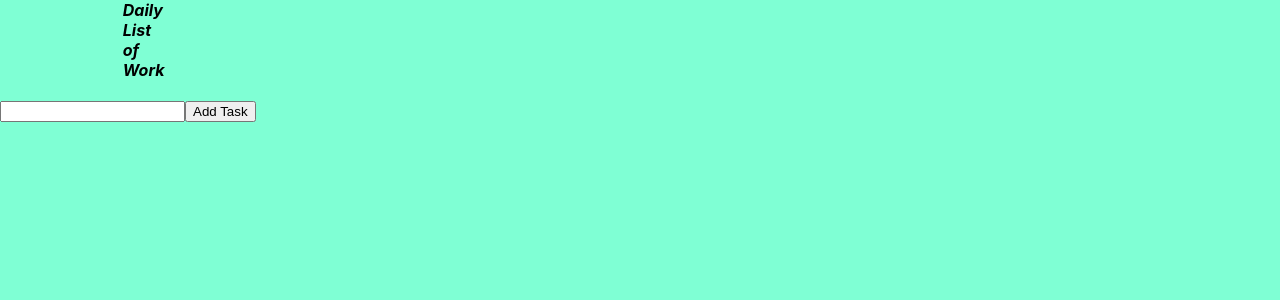
Repository: iamjayenmthakuri/todolist
Page: /
An editor plug-in stored every save of this project. The page is shown before and after the next save, followed by the edit.
The browser window is 1280 px wide. The pictures show the whole page.
The project was rebuilt for these pictures with package versions that can differ from the ones it lists, and the page was loaded fresh each time.

Above is the page before, as saved 2022-09-19 10:21:30.

After the next save:
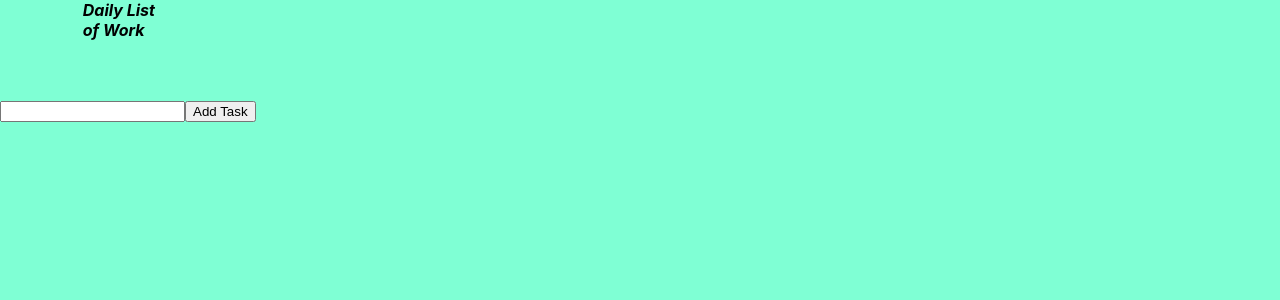
Saved 7 s later.
--- a/src/App.css
+++ b/src/App.css
@@ -6,7 +6,7 @@ body{
 }
 .title{
   height: 100px;
-  width: 10px;
+  width: 90px;
   font-size: medium;
   font-weight: bold;
   font-style: italic;
